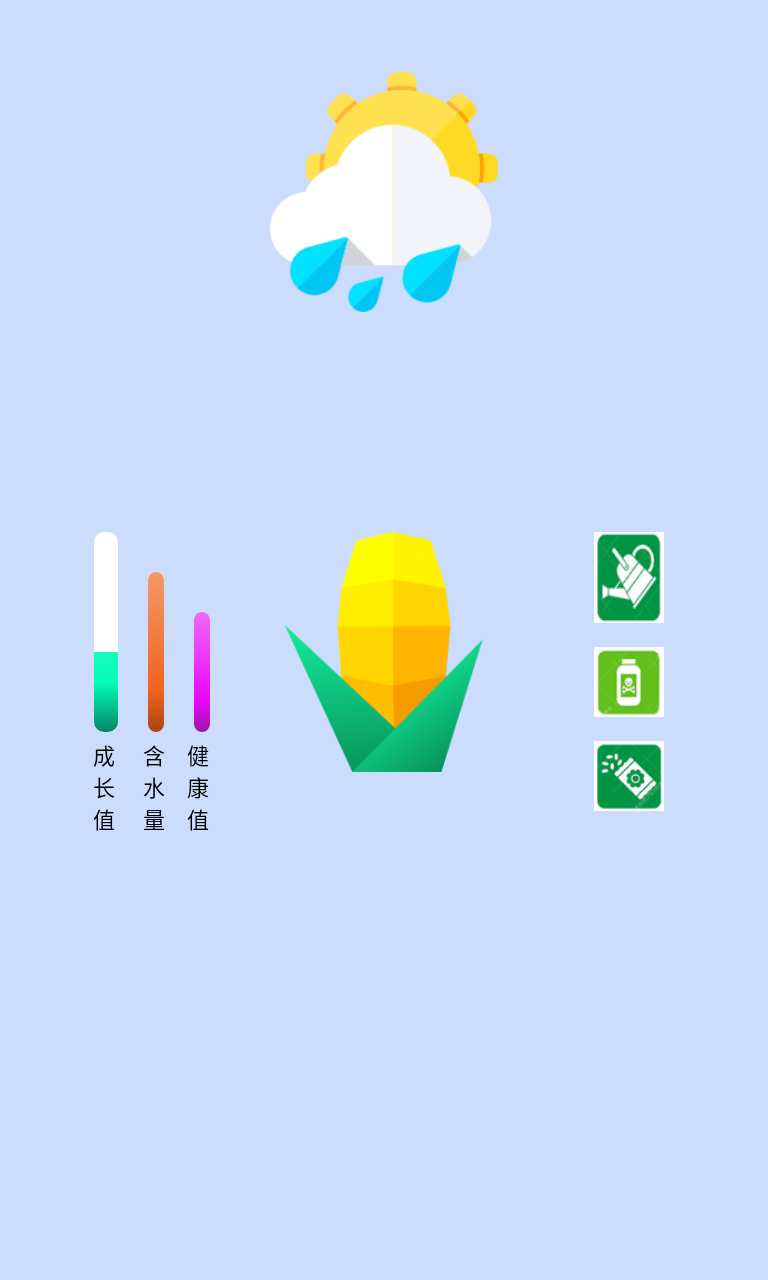
Repository: DraceWang/YumiTianqi
Layout: YumiTianqi/res/layout/fragment_main.xml
The author's editor kept a copy of each file at every save. The layout is drawn from the files as they stood at one save, then again after the next save.
It is drawn on a 768 x 1280 px phone screen (xhdpi) without system bars, with theme AppTheme; the app's code is not run. Lists and similar views that code fills are empty.

Above is the layout before, as saved 2015-05-20 01:46:16.

After the next save:
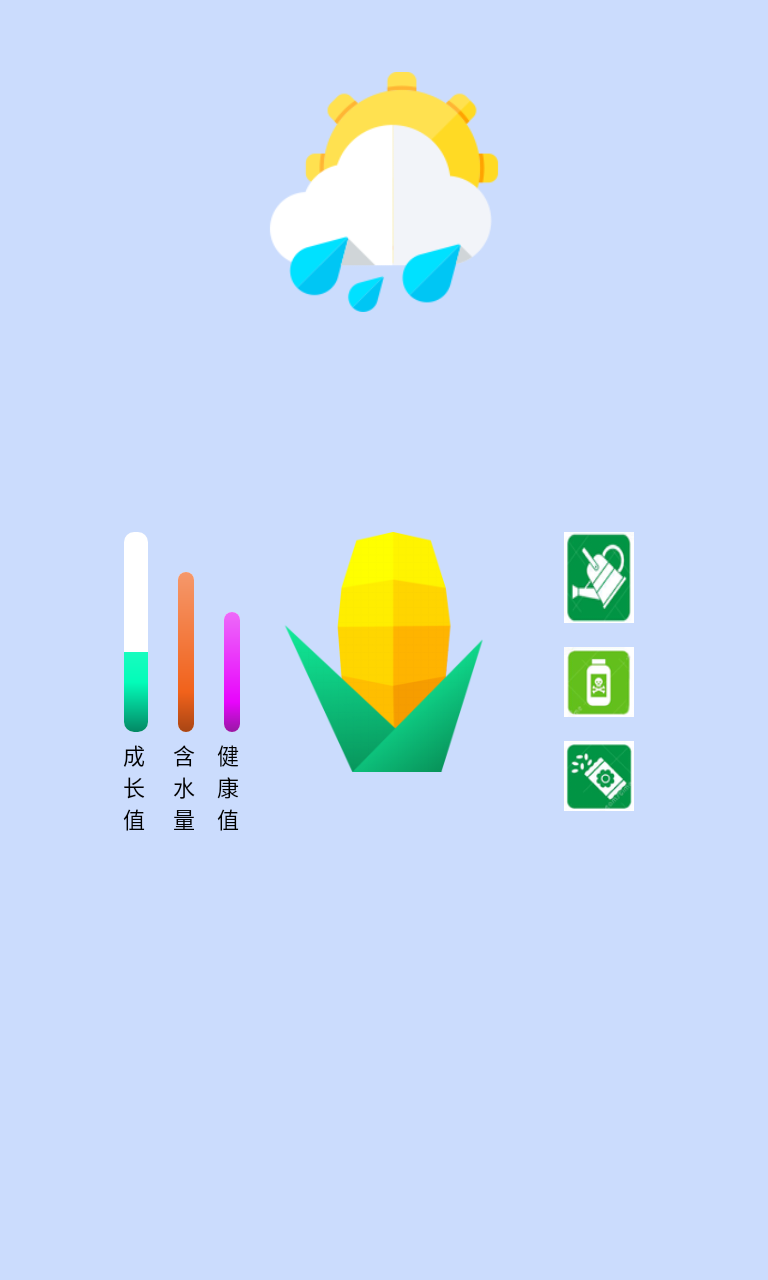
Saved 12 s later.
--- a/YumiTianqi/res/layout/fragment_main.xml
+++ b/YumiTianqi/res/layout/fragment_main.xml
@@ -86,7 +86,7 @@
             android:orientation="vertical" >
 
             <RelativeLayout
-                android:layout_width="320dp"
+                android:layout_width="290dp"
                 android:layout_height="wrap_content" >
 
                 <ImageView
